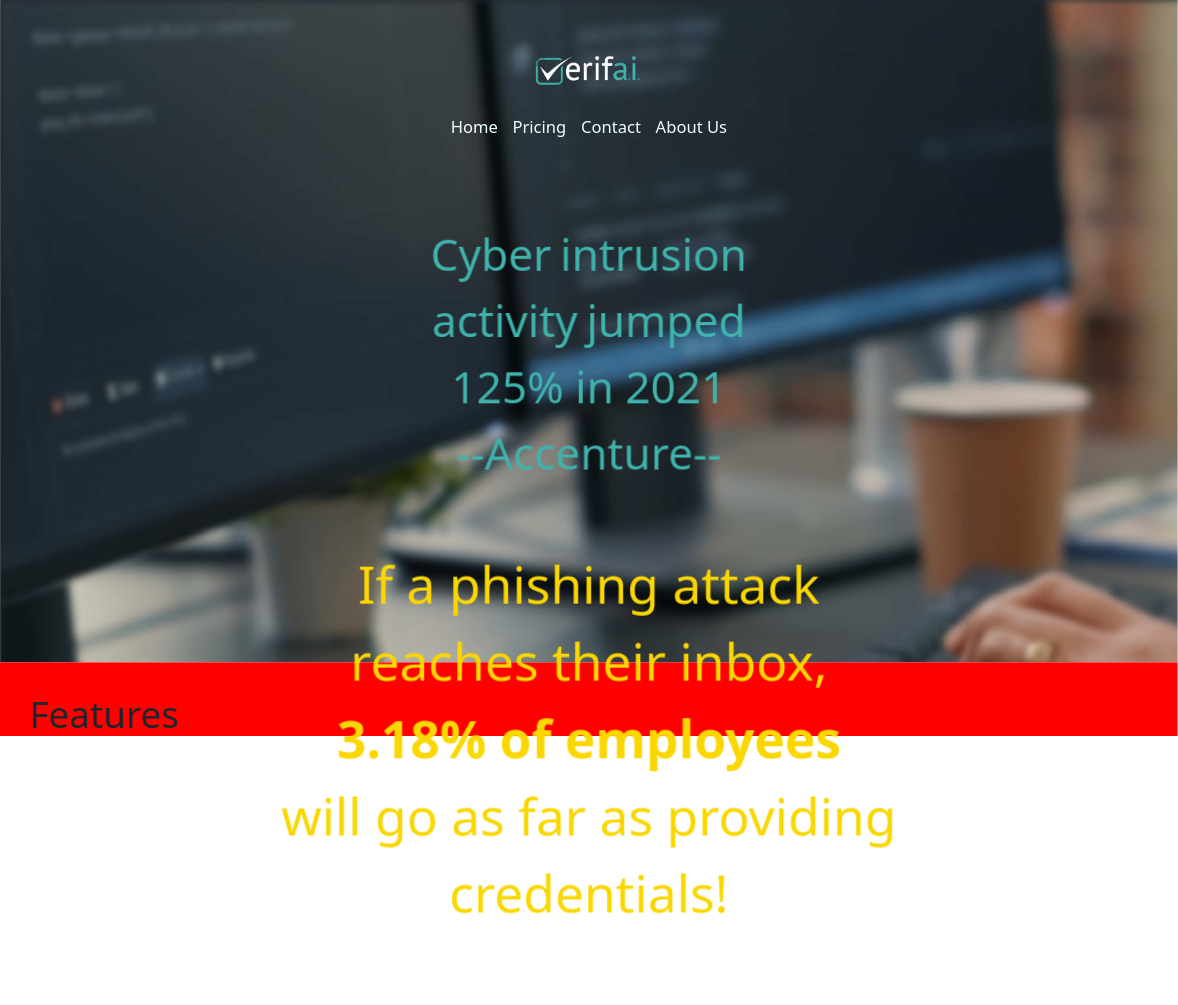
Repository: Ali-VB/verif-website
Page: /
An editor plug-in stored every save of this project. The page is shown before and after a run of saves, followed by the edit.
The browser window is 1280 px wide. The pictures show the whole page, at 92% of full size.
The project was rebuilt for these pictures with package versions that can differ from the ones it lists, and the page was loaded fresh each time.

Above is the page before, as saved 2022-04-19 09:59:39.

### src/index.css
 body {
  margin: 0;
  padding: 0;
  font-family: -apple-system, BlinkMacSystemFont, 'Segoe UI', 'Roboto', 'Oxygen',
    'Ubuntu', 'Cantarell', 'Fira Sans', 'Droid Sans', 'Helvetica Neue',
    sans-serif;
  -webkit-font-smoothing: antialiased;
  -moz-osx-font-smoothing: grayscale;
}

/* code {
  font-family: source-code-pro, Menlo, Monaco, Consolas, 'Courier New',
    monospace;
}  */

### src/App.js
import React from "react";
import './App.css'
import Navbar from './components/Navbar/Navbar';
import Features from './components/Features/Features'
import Header from './components/Header/Header'


function App() {
  return (
    <div>
      <div className="nav-bg">
        <Navbar />
        <Header />

      </div>
       <Features />
    </div>

  );
}

export default App;

### src/App.css

.nav-bg{
    background-image: url("./Assets/imgs/nav-bg.png");
    height: 100vh;
}

### src/components/Navbar/Navbar.jsx
import React from "react";
import "./Navbar.css";
import verifLogo from "../../Assets/imgs/logo_verif_white.png";
import Header from "../Header/Header";

function Navbar() {
  return (
    <div className="container">
      <div className=" navbar">
        <img className="verif-logo" src={verifLogo} alt="verif-logo" />
        <ul className="navLink">
          <li>Home</li>
          <li>Pricing</li>
          <li>Contact</li>
          <li>About Us</li>
        </ul>
      </div>
    </div>
  );
}

export default Navbar;

### src/components/Features/Features.jsx
import React from 'react'
import './Features.css'
const Features = () => {
  return (
    <div>
      <div className="features-title-section">
        <h1 className="features-title">Features</h1>
      </div>
    </div>
  )
}

export default Features

### src/components/Header/Header.jsx
import React from "react";
import "./Header.css";

export default function Header() {
  return (
    <div className="header-animated">
      <div className="text-first">
        <span className="text-first-span">Cyber</span>
        <span className="text-first-span">intrusion</span>
        <span className="text-first-span">activity</span>
        <span className="text-first-span">jumped</span>
        <span className="text-first-span">125% in 2021</span>
        <span className="text-first-span">--Accenture--</span>
      </div>
      <div className="text-second">
        <span className="text-second-span">If a phishing attack reaches their inbox,</span>
        <span className="text-second-span">3.18% of employees</span>
        <span className="text-second-span">
          will go as far as providing credentials!
        </span>
      </div>
    </div>
  );
}

### src/components/Navbar/Navbar.css

.navbar{
    display: flex;
    flex-direction: column;
    justify-content: center;
    height:10rem;
}
.verif-logo{
    width: 8rem;
    margin-top: 3rem;
}
.verif-logo:hover{
    cursor: pointer;
}
.navLink{
    margin: 0;
    padding:0;
    list-style-type: none;
    display: flex;
    color: azure;
    font-size: 18px;
    gap: 1rem;

}
.navLink:hover{
    cursor: pointer;
}

### src/components/Features/Features.css
.features-title-section{
     height: 5rem;
    background-color: red;
}
.features-title{
   padding: 2rem;
   margin: 0 auto;
}

### src/components/Header/Header.css
.header-animated{
    overflow-wrap:break-word;
    margin:0 auto;
    padding: 3rem 5rem;
}

.text-first {
    padding: 2rem 2rem;
    color: #40B3AC;
    font-size:3rem;
    width: 40%;
    margin: 0 auto;
    text-align: center;
    transform: scale(0.94);
    animation: scale 2s forwards cubic-bezier(0.5, 1, 0.89, 1);
  }
.text-second {
    padding: 2rem 2rem;
    color: #FAD700;
    font-size:3.5rem;
    width: 70%;
    margin: 0 auto;
    text-align: center;
    transform: scale(0.94);
    animation: scale 3s forwards cubic-bezier(0.5, 1, 0.89, 1);
  }
  @keyframes scale {
    100% {
      transform: scale(1);
    }
  }

  .text-first-span {
    display: inline-block;
    opacity: 0;
    filter: blur(4px);
  }

  .text-first-span:nth-child(1) {
    animation: fade-in 1s 0.1s forwards cubic-bezier(0.11, 0, 0.5, 0);
    margin: 0 0.3rem;
  }

  .text-first-span:nth-child(2) {
    animation: fade-in 1s 0.3s forwards cubic-bezier(0.11, 0, 0.5, 0);
    margin: 0 0.3rem;
  }

  .text-first-span:nth-child(3) {
    animation: fade-in 1s 0.5s forwards cubic-bezier(0.11, 0, 0.5, 0);
    margin: 0 0.3rem;
  }

  .text-first-span:nth-child(4) {
    animation: fade-in 1s 0.7s forwards cubic-bezier(0.11, 0, 0.5, 0);
    margin: 0 0.3rem;
  }

  .text-first-span:nth-child(5) {
    animation: fade-in 1s 0.9s forwards cubic-bezier(0.11, 0, 0.5, 0);
    margin: 0 0.3rem;
  }
  .text-first-span:nth-child(6) {
    animation: fade-in 1s 0.9s forwards cubic-bezier(0.11, 0, 0.5, 0);
    margin: 0 0.3rem;
  }

  .text-second-span {
    display: inline-block;
    opacity: 0;
    filter: blur(4px);
  }

  .text-second-span:nth-child(1) {
    animation: fade-in 1.2s 2.2s forwards cubic-bezier(0.11, 0, 0.5, 0);
    margin: 0 0.3rem;
  }

  .text-second-span:nth-child(2) {
    animation: fade-in 1.8s 2.6s forwards cubic-bezier(0.11, 0, 0.5, 0);
    margin: 0 0.3rem;
    font-weight: bolder;
  }

  .text-second-span:nth-child(3) {
    animation: fade-in 1.2s 3.6s forwards cubic-bezier(0.11, 0, 0.5, 0);
    margin: 0 0.3rem;
  }


  @keyframes fade-in {
    100% {
      opacity: 1;
      filter: blur(0);
    }
  }

  @media only screen and (max-width: 992px) {
    .text-first {
        margin-top: 3rem;
        margin-bottom: 2rem;
        padding: 0.1rem 0.1rem;
        width: 90%;
        font-size:3.5rem;


      }
      .text-second {
        padding: 0.1rem 0.1rem;
        width: 90%;
        font-size:4rem;

      }
  }

  @media only screen and (max-width: 768px) {
    .text-first {
        margin-top: 4.5rem;
        margin-bottom: 3rem;
        padding: 0.1rem 0.1rem;
        width: 90%;
        font-size:1.5rem;


      }
    .text-second {
        padding: 0.1rem 0.1rem;
        width: 90%;
        font-size:2.1rem;

      }
  }

Loaded but not shown: public/index.html (common file); src/index.js (common file); src/reportWebVitals.js (common file)

After the next 2 saves:
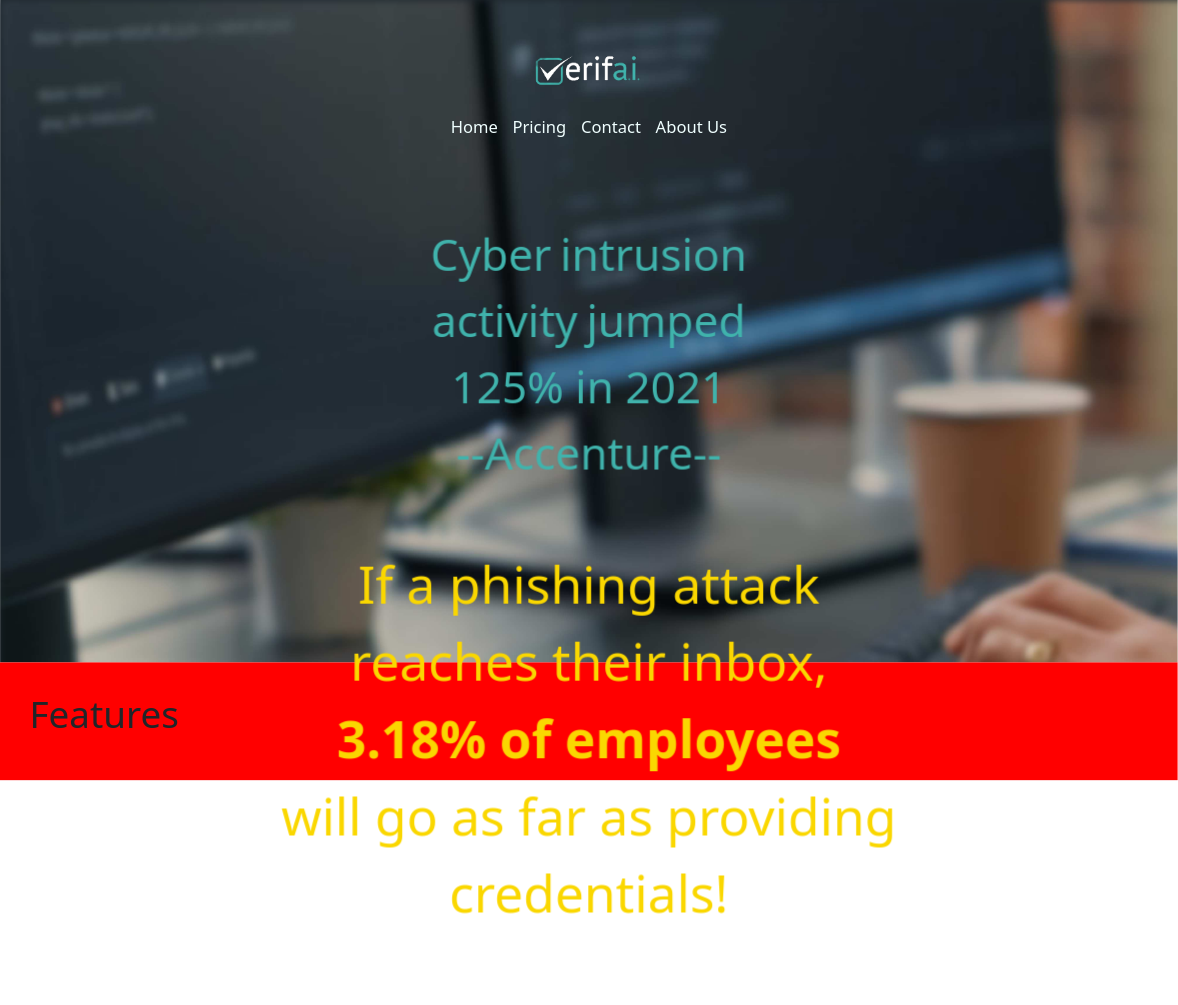
The 2 saves are shown as one change because they came seconds apart.
The last was saved 14 s later.
--- a/src/components/Features/Features.css
+++ b/src/components/Features/Features.css
@@ -1,5 +1,5 @@
 .features-title-section{
-     height: 5rem;
+     height: 8rem;
     background-color: red;
 }
 .features-title{
